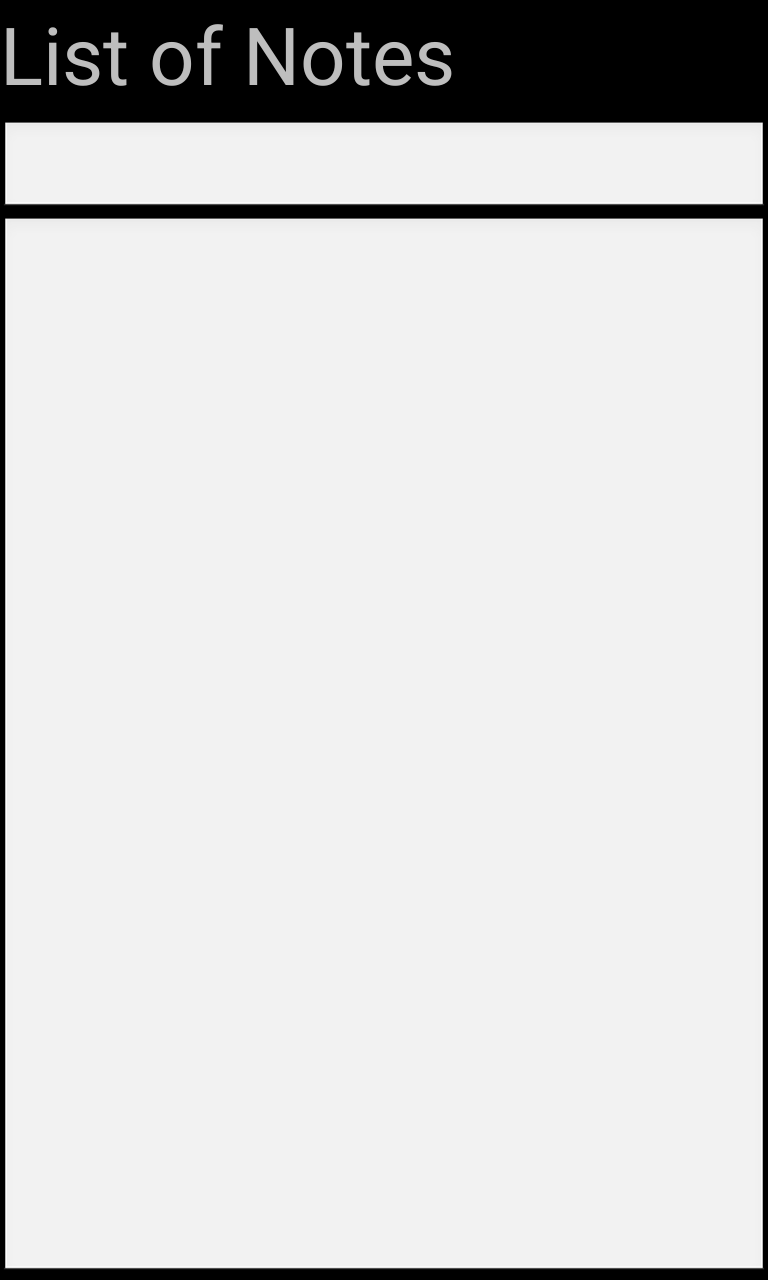
Repository: sandrapatfer/PROMPT11-10-CloudComputing.sandrapatfer
Layout: src/FinalWork/AndroidCloudNotes/AndroidCloudNotes/res/layout/tasklist_view.xml
The author's editor kept a copy of each file at every save. The layout is drawn from the files as they stood at one save, then again after the next save.
It is drawn on a 768 x 1280 px phone screen (xhdpi) without system bars, with theme android:Theme; the app's code is not run.

Above is the layout before, as saved 2012-06-03 20:31:21.

### src/FinalWork/AndroidCloudNotes/AndroidCloudNotes/res/layout/tasklist_view.xml
<?xml version="1.0" encoding="utf-8"?>
<LinearLayout xmlns:android="http://schemas.android.com/apk/res/android"
    android:layout_width="match_parent"
    android:layout_height="match_parent"
    android:orientation="vertical" >


   <TextView
        android:id="@+id/textView1"
        android:layout_width="match_parent"
        android:layout_height="60dp"
        android:text="@string/tasklist_title"
        android:textSize="40dp" />

   <TextView
       android:id="@+id/textView2"
       android:layout_width="wrap_content"
       android:text="@string/name_label"
       android:textSize="20dp"
        />

        <EditText
            android:id="@+id/text_taskListName"
            android:layout_width="match_parent"
            android:layout_height="wrap_content"
            android:inputType="text"
         />

        <TextView
            android:id="@+id/textView3"
            android:layout_width="wrap_content"
            android:text="@string/description_label"
            android:textSize="20dp"
             />


    <EditText
        android:id="@+id/text_taskListDescription"
        android:layout_width="match_parent"
        android:layout_height="match_parent"
        android:inputType="textMultiLine" >

    </EditText>

</LinearLayout>

### src/FinalWork/AndroidCloudNotes/AndroidCloudNotes/res/values/strings.xml
<?xml version="1.0" encoding="utf-8"?>
<resources>

    <string name="hello">Hello World, AndroidCloudNotesActivity!</string>
    <string name="app_name">Prompt Cloud Notes for Android</string>
    <string name="tasklistitem_label">"List: "</string>
    <string name="tasklists_title">Lists of Notes</string>
    <string name="tasklist_title">List of Notes</string>
    <string name="tasklist_createnew_label">Add List</string>
    <string name="name_label">Name:</string>
    <string name="description_label">Description:</string>

</resources>

After the next save:
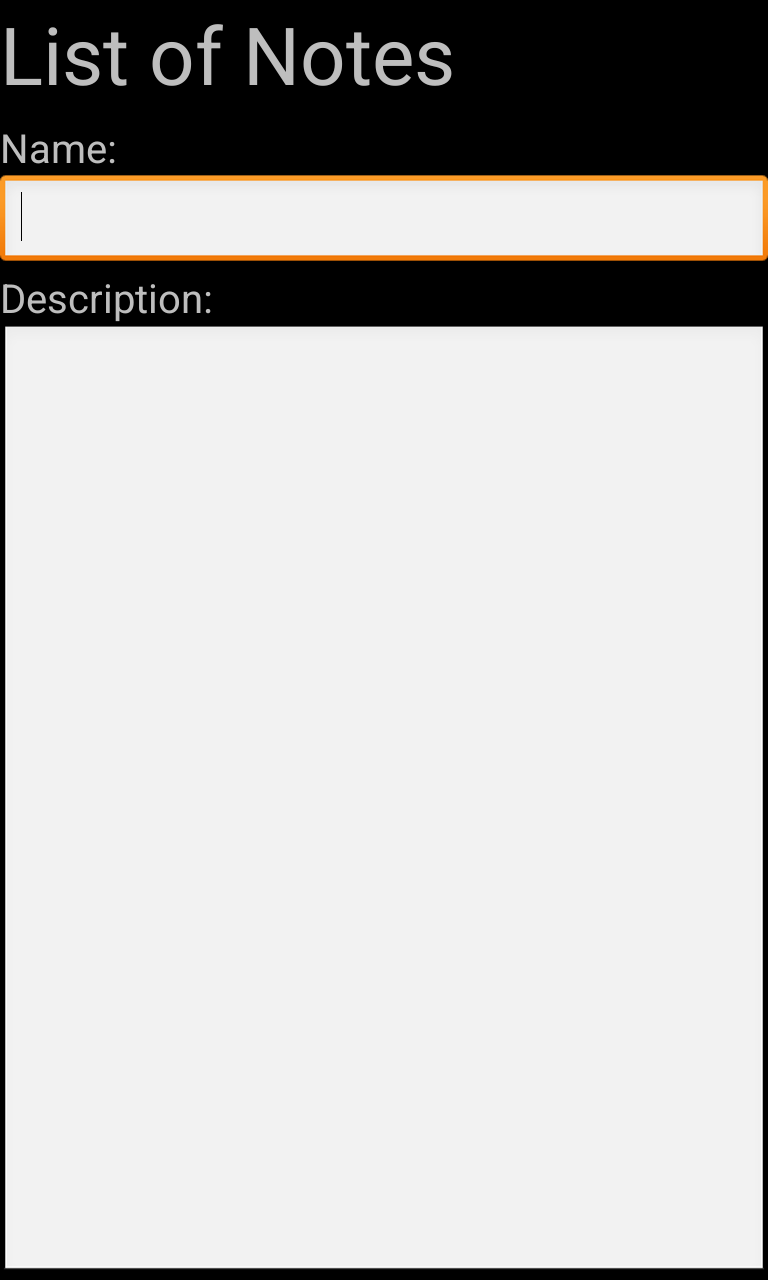
Saved 100 min 17 s later.
--- a/src/FinalWork/AndroidCloudNotes/AndroidCloudNotes/res/layout/tasklist_view.xml
+++ b/src/FinalWork/AndroidCloudNotes/AndroidCloudNotes/res/layout/tasklist_view.xml
@@ -5,41 +5,42 @@
     android:orientation="vertical" >
 
 
-   <TextView
+    <TextView
         android:id="@+id/textView1"
         android:layout_width="match_parent"
         android:layout_height="60dp"
         android:text="@string/tasklist_title"
         android:textSize="40dp" />
 
-   <TextView
-       android:id="@+id/textView2"
-       android:layout_width="wrap_content"
-       android:text="@string/name_label"
-       android:textSize="20dp"
-        />
+	<TextView
+	    android:id="@+id/textView2"
+	    android:layout_width="wrap_content"
+	    android:layout_height="wrap_content"
+	    android:text="@string/name_label"
+	    android:textSize="20dp"
+	    />
 
-        <EditText
-            android:id="@+id/text_taskListName"
-            android:layout_width="match_parent"
-            android:layout_height="wrap_content"
-            android:inputType="text"
-         />
+	<EditText
+	    android:id="@+id/text_taskListName"
+	    android:layout_width="match_parent"
+	    android:layout_height="wrap_content"
+	    android:inputType="text" >
+	    <requestFocus />
+    </EditText>
 
-        <TextView
-            android:id="@+id/textView3"
-            android:layout_width="wrap_content"
-            android:text="@string/description_label"
-            android:textSize="20dp"
-             />
-
+	<TextView
+	    android:id="@+id/textView3"
+	    android:layout_width="wrap_content"
+	    android:layout_height="wrap_content"
+	    android:text="@string/description_label"
+	    android:textSize="20dp"
+	    />
 
     <EditText
         android:id="@+id/text_taskListDescription"
         android:layout_width="match_parent"
         android:layout_height="match_parent"
         android:inputType="textMultiLine" >
-
     </EditText>
 
 </LinearLayout>
